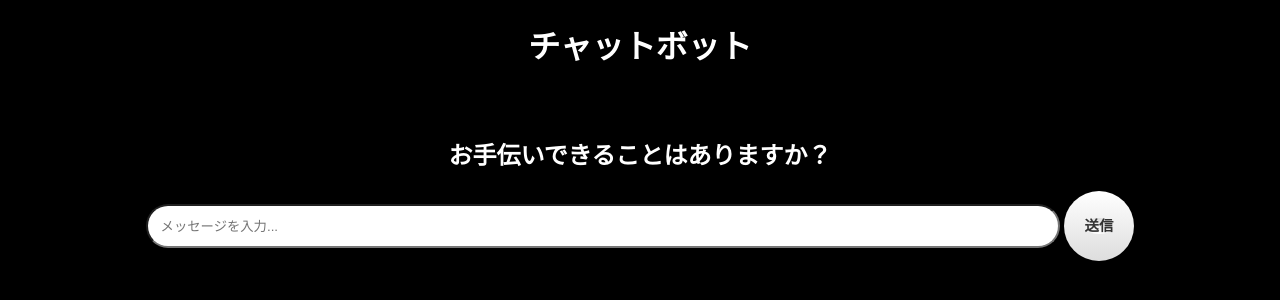
Repository: takumidayo0904/chatbot
Page: http://localhost/ChatBot/
An editor plug-in stored every save of this project. The page is shown before and after the next save, followed by the edit.
The browser window is 1280 px wide. The pictures show the whole page.
The page is served by Tomcat 9.

Above is the page before, as saved 2025-02-03 08:27:55.

After the next save:
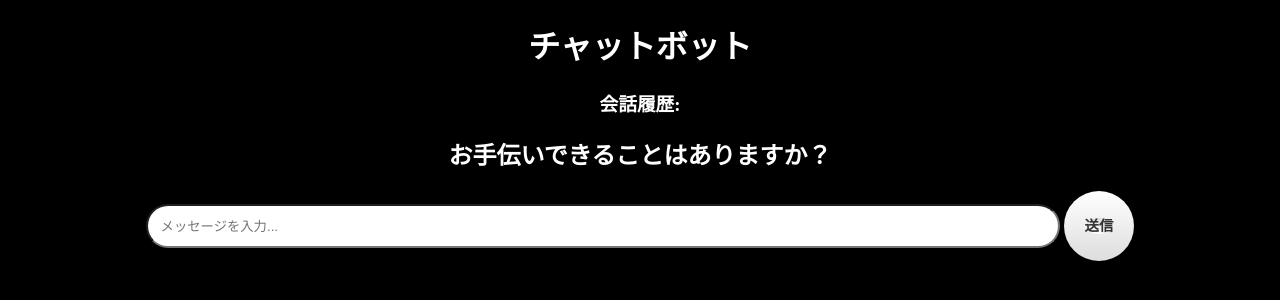
Saved 94 s later.
--- a/ChatBot/WebContent/index.jsp
+++ b/ChatBot/WebContent/index.jsp
@@ -30,8 +30,9 @@
 	font-weight: 600;
 	font-size: .9em;
 }
-chat-messages{
-color: #FFFFFF;
+
+.chat-messages {
+	color: #FFFFFF;
 }
 
 .button-46:hover {
@@ -57,33 +58,34 @@
 </style>
 </head>
 <body>
-<form action="HelloServlet" method="POST">
-	<div class="chat-container">
-		<div class="header">
-			<h1>チャットボット</h1>
+	<form action="HelloServlet" method="POST">
+		<div class="chat-container">
+			<div class="header">
+				<h1>チャットボット</h1>
+			</div>
+
+			<div class="chat-messages">
+
+				<h3>会話履歴:</h3>
+				<%
+				String chatHistory = (String) session.getAttribute("chatHistory");
+				if (chatHistory != null) {
+					out.print(chatHistory);
+				}
+				%>
+
+			</div>
+
+			<div class="chat-input">
+				<h2>お手伝いできることはありますか？</h2>
+
+				<input type="text" id="message" name="message"
+					placeholder="メッセージを入力..." />
+				<button class="button-46">
+					<span>送信</span>
+				</button>
+			</div>
 		</div>
-
-		<div class="chat-messages">
-
-        <h3>会話履歴:</h3>
-        <%
-            String chatHistory = (String) session.getAttribute("chatHistory");
-            if (chatHistory != null) {
-                out.print(chatHistory);
-            }
-        %>
-
-		</div>
-
-		<div class="chat-input">
-			<h2>お手伝いできることはありますか？</h2>
-
-			<input type="text" id="message" name="message" placeholder="メッセージを入力..." />
-			<button class="button-46">
-				<span>送信</span>
-			</button>
-		</div>
-	</div>
-</form>
+	</form>
 </body>
 </html>
